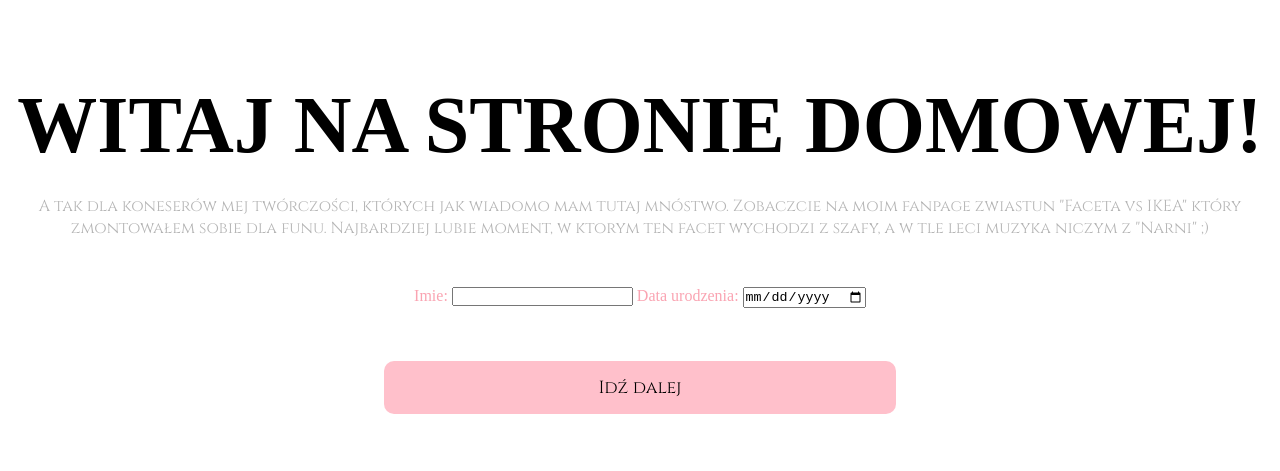
Repository: michaszo18/FrontendNauka
Page: StronaDomowa/index.html
An editor plug-in stored every save of this project. The page is shown before and after the next save, followed by the edit.
The browser window is 1280 px wide. The pictures show the whole page.
Some web fonts or font styles are not loaded; a fallback is used.

Above is the page before, as saved 2018-10-03 19:43:08.

### StronaDomowa/index.html
<!DOCTYPE html>
<html lang="pl">
<head>
    <meta charset="UTF-8">
    <meta name="viewport" content="width=device-width, initial-scale=1.0">
    <meta http-equiv="X-UA-Compatible" content="ie=edge">
    <title>Document</title>
    <link rel="stylesheet" href="assets/style.css">
    <link href="https://fonts.googleapis.com/css?family=Cinzel|Cinzel+Decorative" rel="stylesheet">
</head>
<body>
    <div class="container">
        <header>
        <div class="title">
            <h1>WITAJ NA STRONIE DOMOWEJ!</h1>
        </div>
        <div class="description">
            <p>
            A tak dla koneserów mej twórczości, których jak wiadomo mam tutaj mnóstwo. Zobaczcie na moim fanpage zwiastun "Faceta
            vs IKEA" który zmontowałem sobie dla funu. Najbardziej lubie moment, w ktorym ten facet wychodzi z szafy, a w tle leci
            muzyka niczym z "Narni" ;)
            </p>
        </div>
        </header>
        <form action="" method="GET">
            <label for="name">Imie: </label>
            <input type="text" id = "name">
            <label for="name">Data urodzenia: </label>
            <input type="date" id = "date"> <br>
            <input type="submit" id="button" value="Idź dalej">
        </form>

    </div>
</body>
</html>

### StronaDomowa/assets/style.css
* {
  margin: 0;
  padding: 0;
}
/*
font-family: 'Cinzel', serif;
font-family: 'Cinzel Decorative', cursive; */

.container {
  text-align: center;
}

.title h1 {
  font-size: 5em;
  font-family: 'Cinzel Decorative', cursive;
  margin: 1em 0em .3em 0em;
  /* border-bottom: 3px solid black; */
}

.description {
  font-family: 'Cinzel', serif;
  margin: 0em 2em 3em 2em;
  color: rgb(182, 182, 182);
}

form {
  font-family: 'Cinzel Decorative', cursive;
  color: rgb(250, 164, 178);
}

input[type=submit] {
  font-family: 'Cinzel', serif;
  font-size: 1.1em;
  background-color: pink;
  margin: 3em 0em .3em 0em;
  width: 40%;
  height: 3em;
  border:0 none;
  cursor:pointer;
  -webkit-border-radius: 5px;
  border-radius: 10px;
}

### StronaDomowa/script.js
const imie = "mike";
console.log(imie);

document.write();
document.write("");


document.write("dupa");

After the next save:
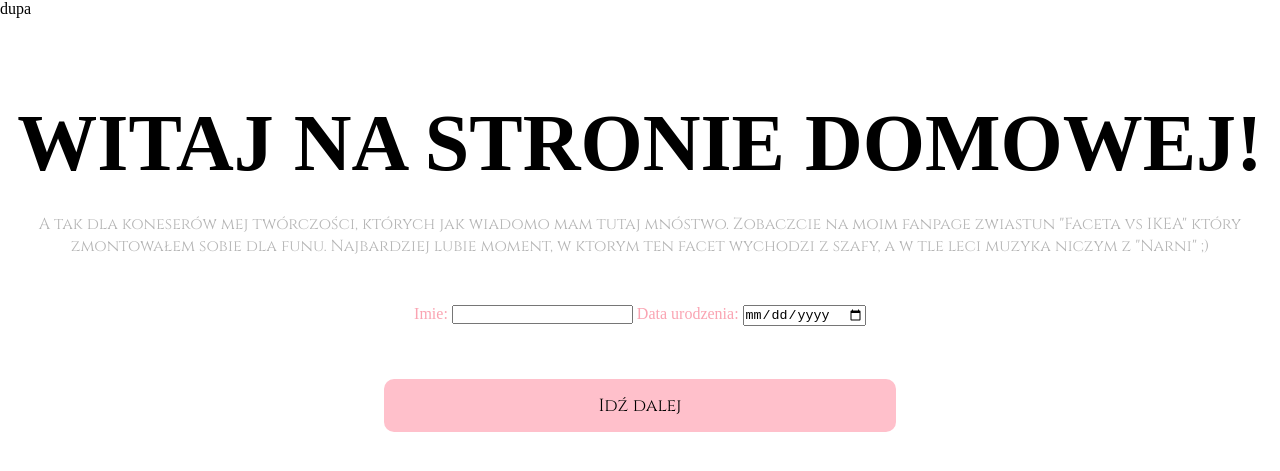
Saved 40 s later.
--- a/StronaDomowa/index.html
+++ b/StronaDomowa/index.html
@@ -7,6 +7,7 @@
     <title>Document</title>
     <link rel="stylesheet" href="assets/style.css">
     <link href="https://fonts.googleapis.com/css?family=Cinzel|Cinzel+Decorative" rel="stylesheet">
+    <script src="script.js"></script>
 </head>
 <body>
     <div class="container">
